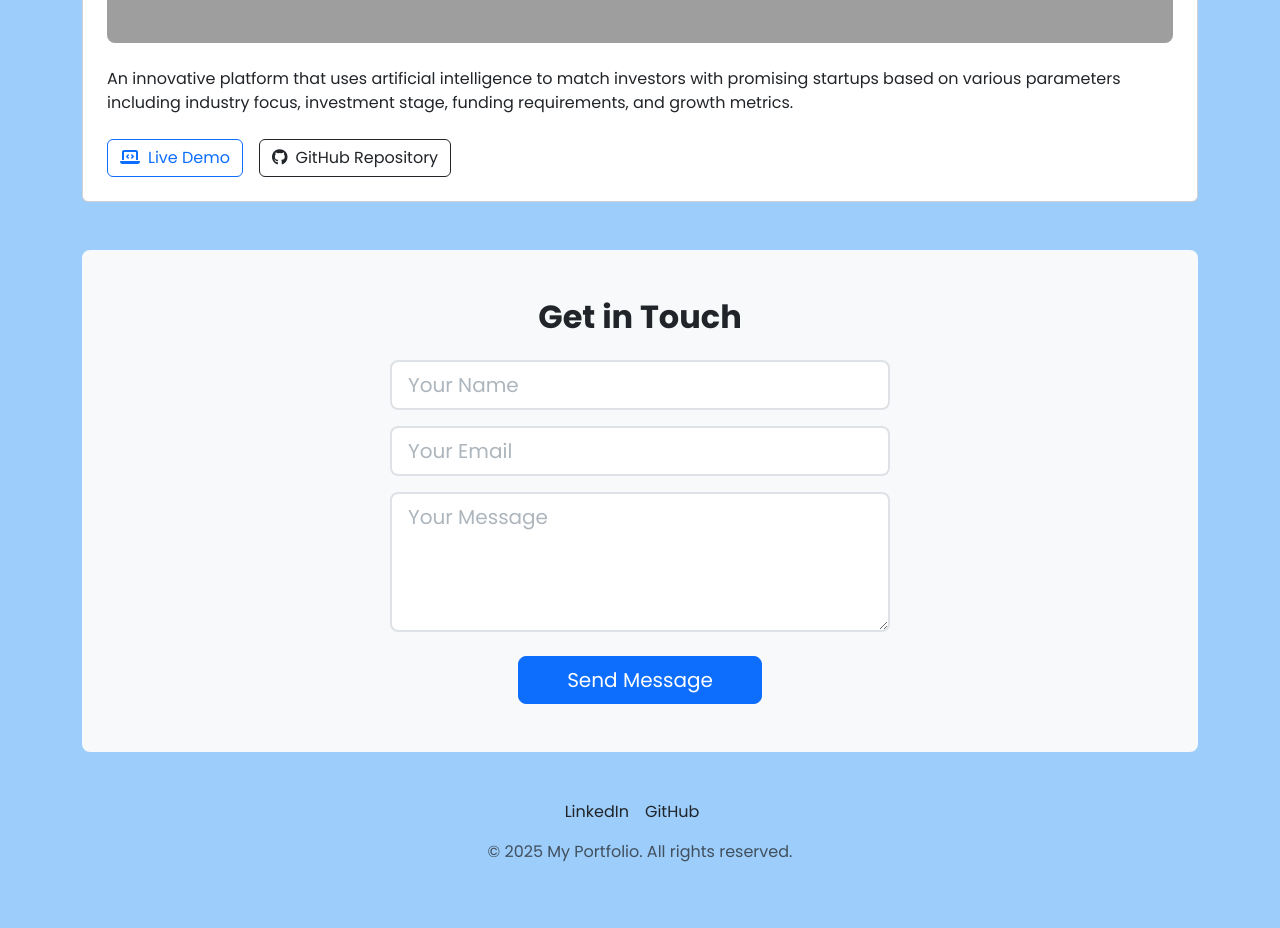
Repository: AdityaTech-Pro/Portfolio-Aditya-Verma
Page: Aditya Portfolio/index.html
An editor plug-in stored every save of this project. The page is shown before and after a run of saves, followed by the edit.
The browser window is 1280 px wide. The pictures show the part of the page from y = 4071 to 5023 px (the page is 4999 px tall before and 5118 px after).
Pictures or frames that could not be fetched are drawn as grey boxes.

Above is the page before, as saved 2026-01-08 00:10:41.

### Aditya Portfolio/index.html
<!DOCTYPE html>
<html lang="en">

<head>
    <meta charset="UTF-8">
    <meta name="viewport" content="width=device-width, initial-scale=1.0">
    <title>My Portfolio - Bootstrap Utilities</title>
    <!-- Bootstrap CSS -->
    <link href="https://cdn.jsdelivr.net/npm/bootstrap@5.3.2/dist/css/bootstrap.min.css" rel="stylesheet">
    <!-- Font Awesome for icons -->
    <link rel="stylesheet" href="https://cdnjs.cloudflare.com/ajax/libs/font-awesome/6.4.2/css/all.min.css">
    <!-- Google Font: Poppins -->
    <link href="https://fonts.googleapis.com/css2?family=Poppins:wght@300;400;600;700&display=swap" rel="stylesheet">
    <!-- Local custom styles -->
    <link rel="stylesheet" href="styles.css">
    <style>
        /* Custom styles to complement Bootstrap */

         :root {
            --bg: #9dcdfa;
            --card-bg: #ffffff;
            --accent: #0d6efd;
            --text: #212529;
        }

        body {
            background-color: var(--bg);
            color: var(--text);
            transition: background-color 0.3s ease, color 0.3s ease;
        }

        .profile-section {
            background: linear-gradient(to bottom, #f8f9fa, #e9ecef);
            transition: transform 0.3s ease, background 0.3s ease;
        }
        /* Top bar with theme toggle */

        .topbar {
            display: flex;
            justify-content: flex-end;
            align-items: center;
            gap: 1rem;
            margin-bottom: 1rem;
        }

        .theme-toggle {
            display: inline-flex;
            align-items: center;
            gap: 0.5rem;
            background: transparent;
            border: 1px solid rgba(0, 0, 0, 0.08);
            padding: 0.6rem 1rem;
            border-radius: 999px;
            cursor: pointer;
            color: var(--text);
            transition: all 0.3s ease;
        }

        .theme-toggle:hover {
            background: rgba(0, 0, 0, 0.05);
            transform: translateY(-1px);
        }

        .theme-toggle:active {
            transform: translateY(1px);
        }

        .theme-toggle i {
            font-size: 1.1rem;
        }

        .theme-toggle .fa-sun {
            color: #ff9500;
        }

        .theme-toggle .fa-moon {
            display: none;
            color: #6366f1;
        }

        .dark-theme .theme-toggle .fa-sun {
            display: none;
        }

        .dark-theme .theme-toggle .fa-moon {
            display: inline-block;
        }

        .btn-custom {
            transition: transform 0.3s ease;
        }

        .btn-custom:hover {
            transform: translateY(-2px);
        }

        .form-control:focus {
            box-shadow: 0 0 0 0.25rem rgba(13, 110, 253, 0.2);
        }

        .profile-img {
            width: 200px;
            height: 200px;
            object-fit: cover;
            border: 4px solid white;
            box-shadow: 0 4px 6px rgba(0, 0, 0, 0.1);
            transition: transform 0.25s ease;
        }

        .profile-img:hover {
            transform: scale(1.03);
        }
        /* Dark theme overrides */

        body.dark-theme {
            --bg: #0f1724;
            --card-bg: #111827;
            --muted: #9ca3af;
            --accent: #60a5fa;
            --text: #e6eef8;
        }

        .dark-theme .profile-section {
            background: linear-gradient(180deg, rgba(255, 255, 255, 0.02), rgba(255, 255, 255, 0.01));
        }

        .dark-theme .bg-light {
            background-color: #0b1220 !important;
            color: var(--text) !important;
            border: 1px solid rgba(255, 255, 255, 0.04);
        }

        .dark-theme .text-muted {
            color: var(--muted) !important;
        }

        .dark-theme .theme-toggle {
            border-color: rgba(255, 255, 255, 0.1);
        }

        .dark-theme .theme-toggle:hover {
            background: rgba(255, 255, 255, 0.05);
        }
        /* Small polish */

        .max-width-500 {
            max-width: 500px;
        }

        footer a {
            color: inherit;
        }

        @media (max-width: 768px) {
            .profile-img {
                width: 150px;
                height: 150px;
            }
            .topbar {
                justify-content: center;
            }
        }
        /* Project section styles */

        .project-img {
            height: 250px;
            object-fit: cover;
            border-radius: 8px;
        }

        .project-card {
            transition: transform 0.3s ease;
            background: var(--card-bg);
        }

        .project-card:hover {
            transform: translateY(-5px);
        }

        .project-links a {
            transition: opacity 0.3s ease;
        }

        .project-links a:hover {
            opacity: 0.8;
        }

        .video-container {
            position: relative;
            padding-bottom: 56.25%;
            /* 16:9 aspect ratio */
            height: 0;
            overflow: hidden;
            border-radius: 8px;
        }

        .video-container iframe {
            position: absolute;
            top: 0;
            left: 0;
            width: 100%;
            height: 100%;
            border: 0;
        }
    </style>
</head>

<body>
    <!-- Main Container -->
    <div class="container py-5">
        <!-- Top bar: theme toggle and quick actions -->
        <div class="topbar">
            <button id="themeToggle" class="theme-toggle" aria-pressed="false" aria-label="Toggle dark mode">
                <i class="fas fa-sun" aria-hidden="true"></i>
                <i class="fas fa-moon" aria-hidden="true"></i>
                <span class="visually-hidden">Toggle theme</span>
            </button>
        </div>
        <!-- Profile Section -->
        <section class="profile-section p-5 rounded-3 text-center mb-5">
            <img src="https://avatars.githubusercontent.com/u/219658559?s=400&u=7e5a78b2bf82817b3f897e4e53b1019b24af58ee&v=4" alt="Profile Picture" class="profile-img img-fluid rounded-circle mb-4">

            <h1 class="fw-bold mb-2">Aditya Verma</h1>
            <p class="text-muted fs-5 mb-4">Full Stack Web Developer who loves turning ideas into high-performance web applications. With expertise in full-stack MERN development, APIs, and AI 🧠⚙️, I focus on building smart, scalable solutions, Have Command on DSA while solving 500+
                Problem on Leetcode and Well aware about Oop 's ,DBMS ,Computer Network, OS</p>

            <!-- Action Buttons -->
            <div class="d-flex justify-content-center gap-3 mb-5">
                <button class="btn btn-primary btn-lg btn-custom">
                    Hire Me
                </button>
                <a href="./assets/AdityaVerma_Resume.pdf" class="btn btn-outline-primary " download>
                    <i class="fas fa-download me-2"></i>Download CV
                </a>
                <a href="https://www.linkedin.com/in/9905adityaverma/" class="btn btn-outline-primary " target="_blank ">
                    <i class="fa:linkedin-square"></i>My LinkedIn
                </a>
                <a href="https://github.com/AdityaTech-Pro" class="btn btn-outline-primary " target="_blank ">
                    <i class="fab fa-github me-2 "></i>My GitHub
                </a>

            </div>
        </section>

        <!-- Projects Section -->
        <section class="mb-5">
            <h2 class="text-center fw-bold mb-5"> My Projects</h2>

            <!--Project1-->
            <div class="card project-card mb-5">
                <div class="card-body p-4">
                    <h3 class="card-title fw-bold mb-3">AI-Based-Investor-Startup-Matchmaking-Platform</h3>

                    <!-- Project Images -->
                    <div class="row g-4 mb-4">
                        <div class="col-md-4">
                            <img src="./assets/P1a.png" alt="Project Screenshot 1" class="project-img img-fluid w-100">
                        </div>
                        <div class="col-md-4">
                            <img src="./assets/P1b.png" alt="Project Screenshot 2" class="project-img img-fluid w-100">
                        </div>
                        <div class="col-md-4">
                            <img src="./assets/P1c.png" alt="Project Screenshot 3" class="project-img img-fluid w-100">
                        </div>
                    </div>

                    <!-- Project Video -->
                    <div class="video-container mb-4">
                        <iframe src="./assets/Project (AI based S&IP).mp4" title="Project Demo " allow="accelerometer; autoplay; clipboard-write; encrypted-media; gyroscope; picture-in-picture " allowfullscreen></iframe>
                    </div>

                    <!-- Project Description -->
                    <p class="card-text mb-4 ">
                        An innovative platform that uses artificial intelligence to match investors with promising startups based on various parameters including industry focus, investment stage, funding requirements, and growth metrics.
                    </p>

                    <!-- Project Links -->
                    <div class="project-links d-flex gap-3 ">
                        <a href="http://localhost:3000 " class="btn btn-outline-primary " target="_blank ">
                            <i class="fas fa-laptop-code me-2 "></i>Live Demo
                        </a>
                        <a href="https://github.com/KS-Vijay/AI-Based-Investor-Startup-Matchmaking-Platform " class="btn btn-outline-dark " target="_blank ">
                            <i class="fab fa-github me-2 "></i>GitHub Repository
                        </a>
                    </div>
                </div>
            </div>

            <!--Project2-->
            <div class="card project-card mb-5 ">
                <div class="card-body p-4 ">
                    <h3 class="card-title fw-bold mb-3 ">Lung Cancer Detection using Convolutional Neural Network (CNN)</h3>

                    <!-- Project Images -->
                    <div class="row g-4 mb-4 ">
                        <div class="col-md-4 ">
                            <img src="./assets/P2a.png " alt="Project Screenshot 1 " class="project-img img-fluid w-100 ">
                        </div>
                        <div class="col-md-4 ">
                            <img src="./assets/P2b.png " alt="Project Screenshot 2 " class="project-img img-fluid w-100 ">
                        </div>
                        <div class="col-md-4 ">
                            <img src="./assets/P2c.png " alt="Project Screenshot 3 " class="project-img img-fluid w-100 ">
                        </div>
                    </div>

                    <!-- Project Video -->
                    <div class="video-container mb-4 ">
                        <iframe src="./assets/Project Lung Cancer Detection using Full Stack MERN and AIML CNN Model.mp4 " title="Project Demo " allow="accelerometer; autoplay; clipboard-write; encrypted-media; gyroscope; picture-in-picture " allowfullscreen></iframe>
                    </div>

                    <!-- Project Description -->
                    <p class="card-text mb-4 ">
                        An innovative platform that uses artificial intelligence to match investors with promising startups based on various parameters including industry focus, investment stage, funding requirements, and growth metrics.
                    </p>

                    <!-- Project Links -->
                    <div class="project-links d-flex gap-3 ">
                        <a href="http://localhost:3000 " class="btn btn-outline-primary " target="_blank ">
                            <i class="fas fa-laptop-code me-2 "></i>Live Demo
                        </a>
                        <a href="https://github.com/AdityaTech-Pro/Lung-Cancer-Detection-using-Convolutional-Neural-Network" class="btn btn-outline-dark " target="_blank ">
                            <i class="fab fa-github me-2 "></i>GitHub Repository
                        </a>
                    </div>
                </div>
            </div>

            <!--Project3-->
            <div class="card project-card mb-5 ">
                <div class="card-body p-4 ">
                    <h3 class="card-title fw-bold mb-3 ">Braj Museum</h3>

                    <!-- Project Images -->
                    <div class="row g-4 mb-4 ">
                        <div class="col-md-4 ">
                            <img src="./assets/P3a.png " alt="Project Screenshot 1 " class="project-img img-fluid w-100 ">
                        </div>
                        <div class="col-md-4 ">
                            <img src="./assets/P3b.png " alt="Project Screenshot 2 " class="project-img img-fluid w-100 ">
                        </div>
                        <div class="col-md-4 ">
                            <img src="./assets/P3c.png " alt="Project Screenshot 3 " class="project-img img-fluid w-100 ">
                        </div>
                    </div>

                    <!-- Project Video -->
                    <div class="video-container mb-4 ">
                        <iframe src="./assets/Braj-Museum.mp4 " title="Project Demo " allow="accelerometer; autoplay; clipboard-write; encrypted-media; gyroscope; picture-in-picture " allowfullscreen></iframe>
                    </div>

                    <!-- Project Description -->
                    <p class="card-text mb-4 ">
                        An innovative platform that uses artificial intelligence to match investors with promising startups based on various parameters including industry focus, investment stage, funding requirements, and growth metrics.
                    </p>

                    <!-- Project Links -->
                    <div class="project-links d-flex gap-3 ">
                        <a href="http://localhost:3000 " class="btn btn-outline-primary " target="_blank ">
                            <i class="fas fa-laptop-code me-2 "></i>Live Demo
                        </a>
                        <a href="https://github.com/AdityaTech-Pro/Braj-Museum " class="btn btn-outline-dark " target="_blank ">
                            <i class="fab fa-github me-2 "></i>GitHub Repository
                        </a>
                    </div>
                </div>
            </div>
        </section>

        <!-- Contact Form Section -->
        <section class="bg-light p-5 rounded-3 ">
            <h2 class="text-center fw-bold mb-4 ">Get in Touch</h2>

            <form class="max-width-500 mx-auto ">
                <div class="mb-3 ">
                    <input type="text " class="form-control form-control-lg " placeholder="Your Name " required>
                </div>

                <div class="mb-3 ">
                    <input type="email " class="form-control form-control-lg " placeholder="Your Email " required>
                </div>

                <div class="mb-4 ">
                    <textarea class="form-control form-control-lg " rows="4 " placeholder="Your Message " required></textarea>
                </div>

                <div class="text-center ">
                    <button type="submit " class="btn btn-primary btn-lg px-5 btn-custom ">
                        Send Message
                    </button>
                </div>
            </form>
        </section>

        <!-- Footer -->
        <footer class="text-center mt-5 ">
            <div class="d-flex justify-content-center gap-3 ">
                <a href="https://www.linkedin.com/in/aditya-verma-2a3915289/ " class="text-decoration-none text-dark ">LinkedIn</a>
                <a href="https://github.com/AdityaTech-Pro " class="text-decoration-none text-dark ">GitHub</a>
                <a href="# " class="text-decoration-none text-dark "></a>
            </div>
            <p class="text-muted mt-3 ">&copy; 2025 My Portfolio. All rights reserved.</p>
        </footer>
    </div>

    <!-- Theme toggle script -->
    <script>
        (function() {
            const toggle = document.getElementById('themeToggle');
            const body = document.body;
            const saved = localStorage.getItem('theme');

            if (!toggle) return;

            function applyTheme(theme) {
                if (theme === 'dark') {
                    body.classList.add('dark-theme');
                    toggle.setAttribute('aria-pressed', 'true');
                } else {
                    body.classList.remove('dark-theme');
                    toggle.setAttribute('aria-pressed', 'false');
                }
            }

            // initial theme: saved -> user preference -> light
            if (saved) {
                applyTheme(saved);
            } else if (window.matchMedia && window.matchMedia('(prefers-color-scheme: dark)').matches) {
                applyTheme('dark');
            }

            toggle.addEventListener('click', function() {
                const isDark = body.classList.toggle('dark-theme');
                localStorage.setItem('theme', isDark ? 'dark' : 'light');
                toggle.setAttribute('aria-pressed', String(isDark));
            });
        })();
    </script>

    <!-- Bootstrap JS -->
    <script src="https://cdn.jsdelivr.net/npm/bootstrap@5.3.2/dist/js/bootstrap.bundle.min.js "></script>
</body>

</html>

Loaded but not shown: Aditya Portfolio/styles.css (213 lines, source omitted)

After the next 2 saves:
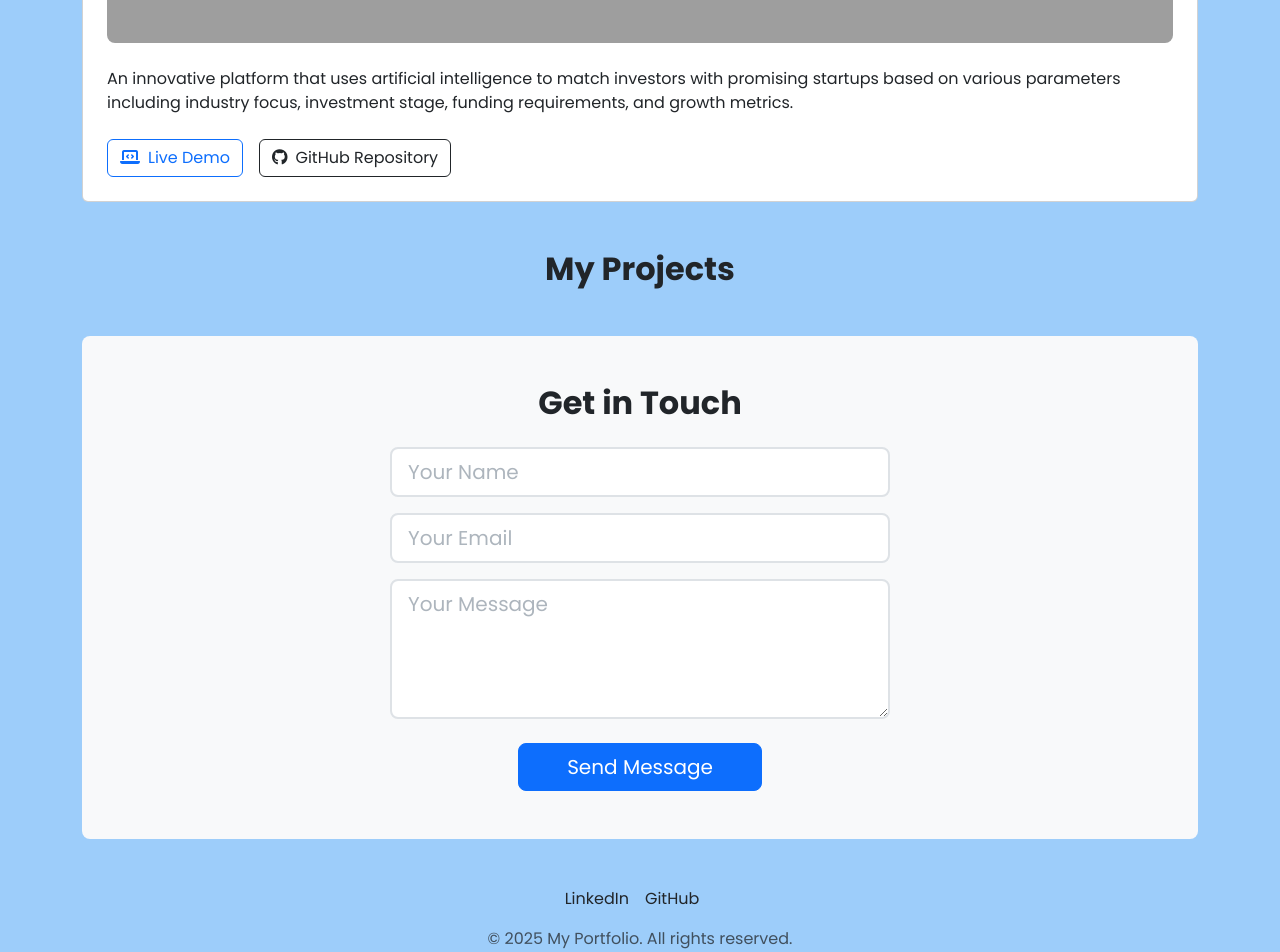
The 2 saves are shown as one change because they came seconds apart.
The last was saved 82 s later.
--- a/Aditya Portfolio/index.html
+++ b/Aditya Portfolio/index.html
@@ -367,40 +367,43 @@
             </div>
         </section>
 
-        <!-- Contact Form Section -->
-        <section class="bg-light p-5 rounded-3 ">
-            <h2 class="text-center fw-bold mb-4 ">Get in Touch</h2>
-
-            <form class="max-width-500 mx-auto ">
-                <div class="mb-3 ">
-                    <input type="text " class="form-control form-control-lg " placeholder="Your Name " required>
-                </div>
-
-                <div class="mb-3 ">
-                    <input type="email " class="form-control form-control-lg " placeholder="Your Email " required>
-                </div>
-
-                <div class="mb-4 ">
-                    <textarea class="form-control form-control-lg " rows="4 " placeholder="Your Message " required></textarea>
-                </div>
-
-                <div class="text-center ">
-                    <button type="submit " class="btn btn-primary btn-lg px-5 btn-custom ">
+        <section class="mb-5">
+            <h2 class="text-center fw-bold mb-5"> My Projects</h2>
+
+            <!-- Contact Form Section -->
+            <section class="bg-light p-5 rounded-3 ">
+                <h2 class="text-center fw-bold mb-4 ">Get in Touch</h2>
+
+                <form class="max-width-500 mx-auto ">
+                    <div class="mb-3 ">
+                        <input type="text " class="form-control form-control-lg " placeholder="Your Name " required>
+                    </div>
+
+                    <div class="mb-3 ">
+                        <input type="email " class="form-control form-control-lg " placeholder="Your Email " required>
+                    </div>
+
+                    <div class="mb-4 ">
+                        <textarea class="form-control form-control-lg " rows="4 " placeholder="Your Message " required></textarea>
+                    </div>
+
+                    <div class="text-center ">
+                        <button type="submit " class="btn btn-primary btn-lg px-5 btn-custom ">
                         Send Message
                     </button>
+                    </div>
+                </form>
+            </section>
+
+            <!-- Footer -->
+            <footer class="text-center mt-5 ">
+                <div class="d-flex justify-content-center gap-3 ">
+                    <a href="https://www.linkedin.com/in/aditya-verma-2a3915289/ " class="text-decoration-none text-dark ">LinkedIn</a>
+                    <a href="https://github.com/AdityaTech-Pro " class="text-decoration-none text-dark ">GitHub</a>
+                    <a href="# " class="text-decoration-none text-dark "></a>
                 </div>
-            </form>
-        </section>
-
-        <!-- Footer -->
-        <footer class="text-center mt-5 ">
-            <div class="d-flex justify-content-center gap-3 ">
-                <a href="https://www.linkedin.com/in/aditya-verma-2a3915289/ " class="text-decoration-none text-dark ">LinkedIn</a>
-                <a href="https://github.com/AdityaTech-Pro " class="text-decoration-none text-dark ">GitHub</a>
-                <a href="# " class="text-decoration-none text-dark "></a>
-            </div>
-            <p class="text-muted mt-3 ">&copy; 2025 My Portfolio. All rights reserved.</p>
-        </footer>
+                <p class="text-muted mt-3 ">&copy; 2025 My Portfolio. All rights reserved.</p>
+            </footer>
     </div>
 
     <!-- Theme toggle script -->
